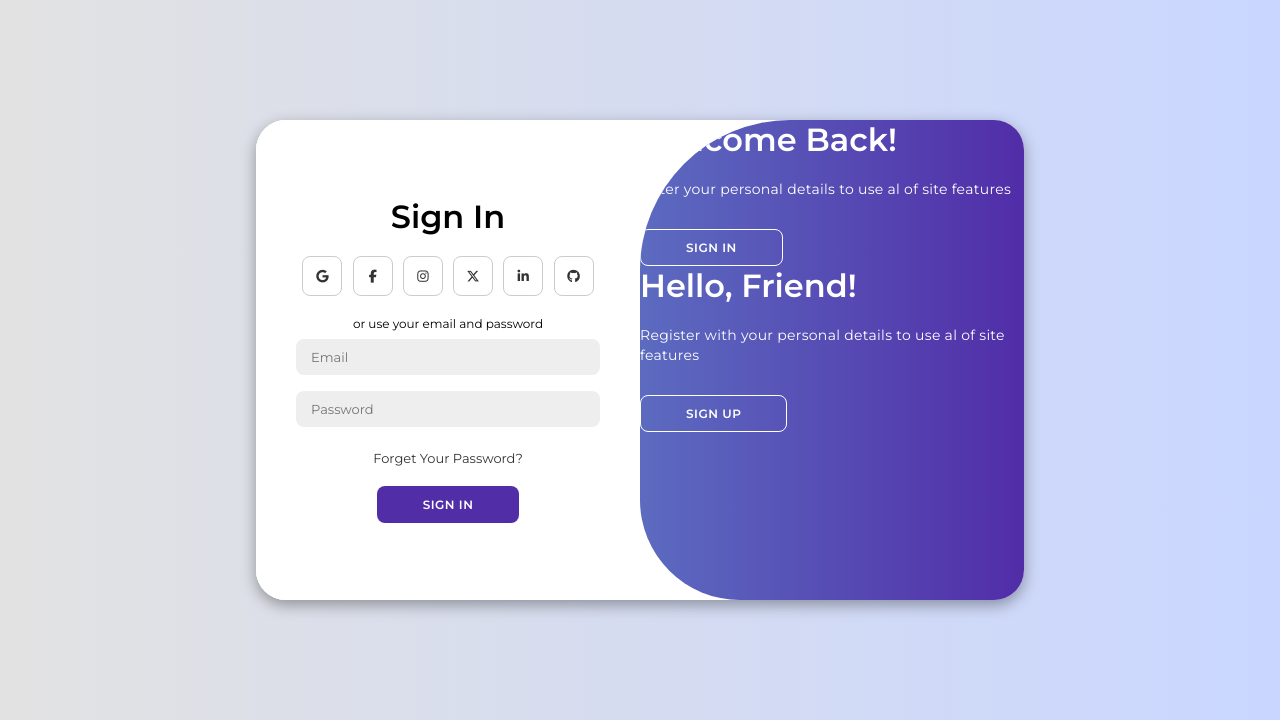
Repository: DevMike1993/Animated_Login_Page
Page: index.html
An editor plug-in stored every save of this project. The page is shown before and after a run of saves, followed by the edit.
The browser window is 1280 px wide. The pictures show the whole page.

Above is the page before, as saved 2023-12-17 22:21:12.
Not found: script.js

After the next 5 saves:
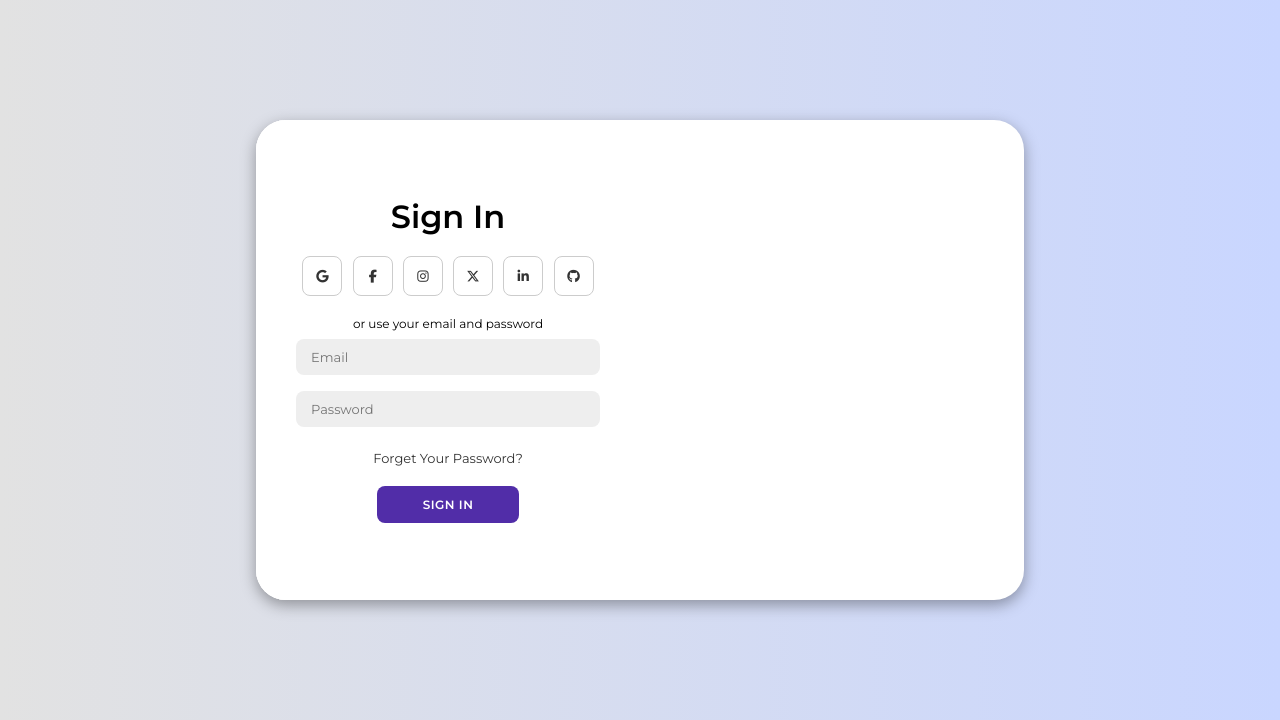
The 5 saves are shown as one change because they came seconds apart.
The last was saved 20 s later.
--- a/style.css
+++ b/style.css
@@ -167,5 +167,7 @@ body{
     background: linear-gradient(to right, #5c6bc0, #512da8);
     color: #fff;
     position: relative;
-    left: 0;
+    left: -100%;
+    height: 100%;
+    width: 200;
 }
